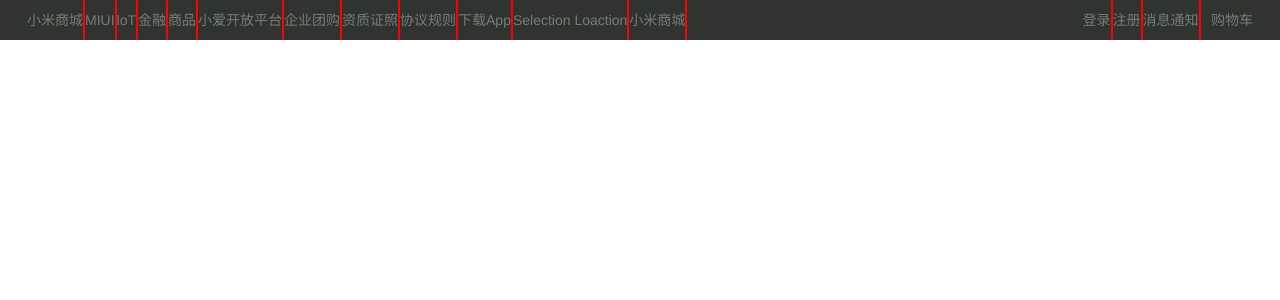
Repository: chenguocan/mi
Page: index.html
These files come from the project's save history. The page is drawn as it stood at one moment and after the next save; the edit follows.
The browser window is 1280 px wide. The pictures show the whole page.

Above is the page before, as saved 2020-10-13 09:46:42.

### index.html
<!DOCTYPE html>
<html lang="en">

<head>
    <meta charset="UTF-8">
    <title>小米商城 - 小米10 Pro、Redmi K30 Pro、小米MIX Alpha，小米电视官方网站</title>
    <meta name="viewport" content="width=1226">
    <link rel="stylesheet" href="./css/reset.css">
    <link rel="stylesheet" href="./css/index.css">
    <link rel="stylesheet" href="./css/base.css">
    <link rel="stylesheet" href="./font/css/all.min.css">
</head>

<body>
    <div class="topbar-wrapper">
        <div class="topbar w">
            <ul class="service">
                <li><a href="javascript:;">小米商城</a></li>
                <li class="line"></li>
                <li><a href="javascript:;">MIUI</a></li>
                <li class="line"></li>
                <li><a href="javascript:;">loT</a></li>
                <li class="line"></li>
                <li><a href="javascript:;">金融</a></li>
                <li class="line"></li>
                <li><a href="javascript:;">商品</a></li>
                <li class="line"></li>
                <li><a href="javascript:;">小爱开放平台</a></li>
                <li class="line"></li>
                <li><a href="javascript:;">企业团购</a></li>
                <li class="line"></li>
                <li><a href="javascript:;">资质证照</a></li>
                <li class="line"></li>
                <li><a href="javascript:;">协议规则</a></li>
                <li class="line"></li>
                <li><a href="javascript:;">下载App</a></li>
                <li class="line"></li>
                <li><a href="javascript:;">Selection Loaction</a></li>
                <li class="line"></li>
                <li><a href="javascript:;">小米商城</a></li>
                <li class="line"></li>
            </ul>
            <ul class="shop-cart">
                <li><i class="fa-adobe"></i><a href="javascript:;">购物车</a></li>
            </ul>
            <ul class="user">
                <li><a href="javascript:;">登录</a></li>
                <li class="line"></li>
                <li><a href="javascript:;">注册</a></li>
                <li class="line"></li>
                <li><a href="javascript:;">消息通知</a></li>
                <li class="line"></li>
            </ul>
        </div>
    </div>
</body>

</html>

### css/reset.css
/* v2.0 | 20110126
  http://meyerweb.com/eric/tools/css/reset/
  License: none (public domain)
*/
html, body, div, span, applet, object, iframe,
h1, h2, h3, h4, h5, h6, p, blockquote, pre,
a, abbr, acronym, address, big, cite, code,
del, dfn, em, img, ins, kbd, q, s, samp,
small, strike, strong, sub, sup, tt, var,
b, u, i, center,
dl, dt, dd, ol, ul, li,
fieldset, form, label, legend,
table, caption, tbody, tfoot, thead, tr, th, td,
article, aside, canvas, details, embed,
figure, figcaption, footer, header, hgroup,
menu, nav, output, ruby, section, summary,
time, mark, audio, video {
    margin: 0;
    padding: 0;
    border: 0;
    font-size: 100%;
    font: inherit;
    vertical-align: baseline;
}
/* HTML5 display-role reset for older browsers */
article, aside, details, figcaption, figure,
footer, header, hgroup, menu, nav, section {
    display: block;
}
body {
    line-height: 1;
}
ol, ul {
    list-style: none;
}
blockquote, q {
    quotes: none;
}
blockquote:before, blockquote:after,
q:before, q:after {
    content: '';
    content: none;
}
table {
    border-collapse: collapse;
    border-spacing: 0;
}

### css/index.css
*{
    box-sizing: border-box;
}
.topbar-wrapper{
    background:rgb(48, 51, 48);
    height: 40px;
    width: 100%;
}
.topbar .service{
    float: left;
}
.topbar .user,.topbar .shop-cart{
    float: right;
}
.topbar ul li{
    line-height: 40px;
    float: left;
}
.topbar ul li a{
    color:rgb(116, 125, 118);
}
.line{
    height: 40px;
    border:1px solid red;
}

### css/base.css

.clearfix::before,
.clearfix::after{
    content: '';
    display: table;
    clear: both;
}

body{
    color: rgb(51,51,51);
    font: 14px/1.5 "Helvetica Neue", Helvetica, Arial, "Microsoft Yahei", "Hiragino Sans GB", "Heiti SC", "WenQuanYi Micro Hei", sans-serif;
    min-width: 1226px;
}
a{
    text-decoration: none;
    color:#333;
}
.w{
    width: 1226px;
    margin-left:auto;
    margin-right: auto;
}

Loaded but not shown: font/css/all.min.css (library)

After the next save:
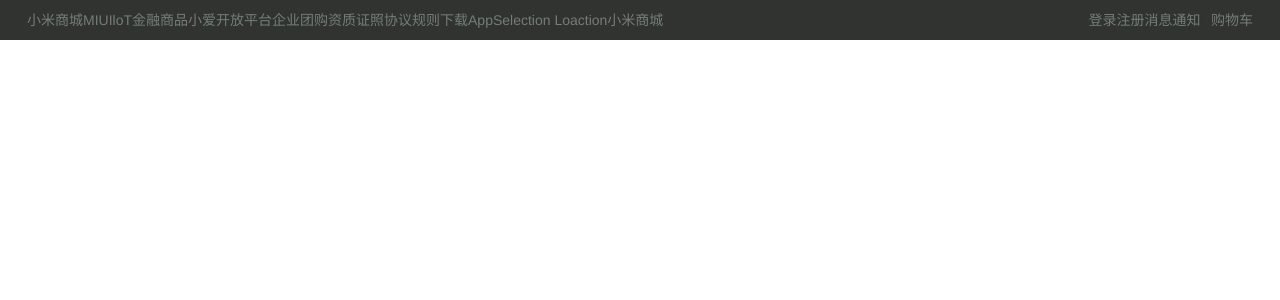
Saved 2 min 4 s later.
--- a/css/index.css
+++ b/css/index.css
@@ -19,7 +19,8 @@
 .topbar ul li a{
     color:rgb(116, 125, 118);
 }
-.line{
-    height: 40px;
-    border:1px solid red;
+.topbar .line{
+    font-size:12px;
+    color:#424242;
+    margin:0;
 }
